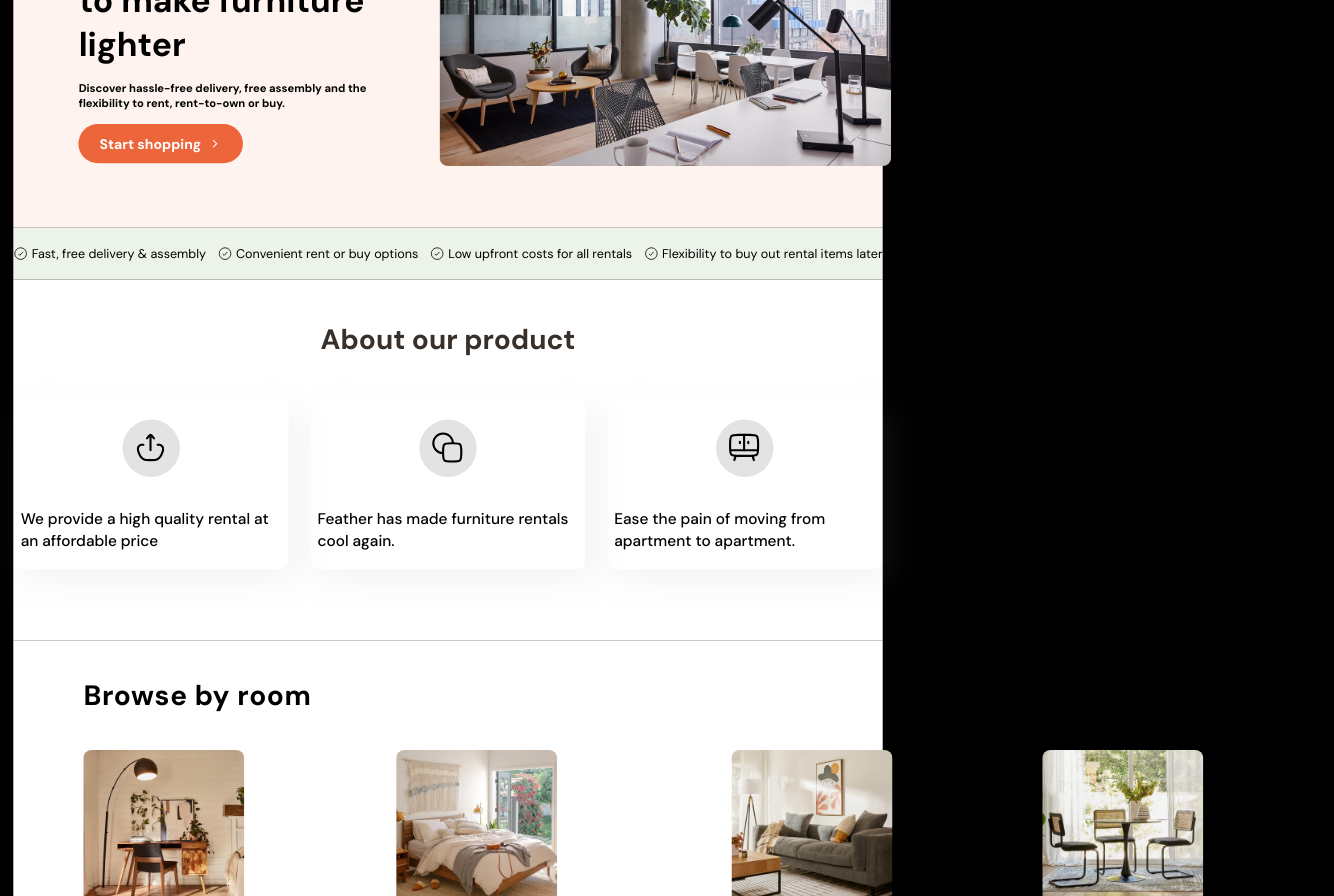
Repository: noman-source/Furniture-website
Page: index.html
These files come from the project's save history. The page is drawn as it stood at one moment and after the next save; the edit follows.
The browser window is 1280 px wide. The page is 1905 px wide, so the pictures cover 1905 px, including what lies to the right of the window. The pictures show the part of the page from y = 335 to 1615 px (the page is 4311 px tall), at 70% of full size.

Above is the page before, as saved 2025-07-04 12:59:23.

After the next save:
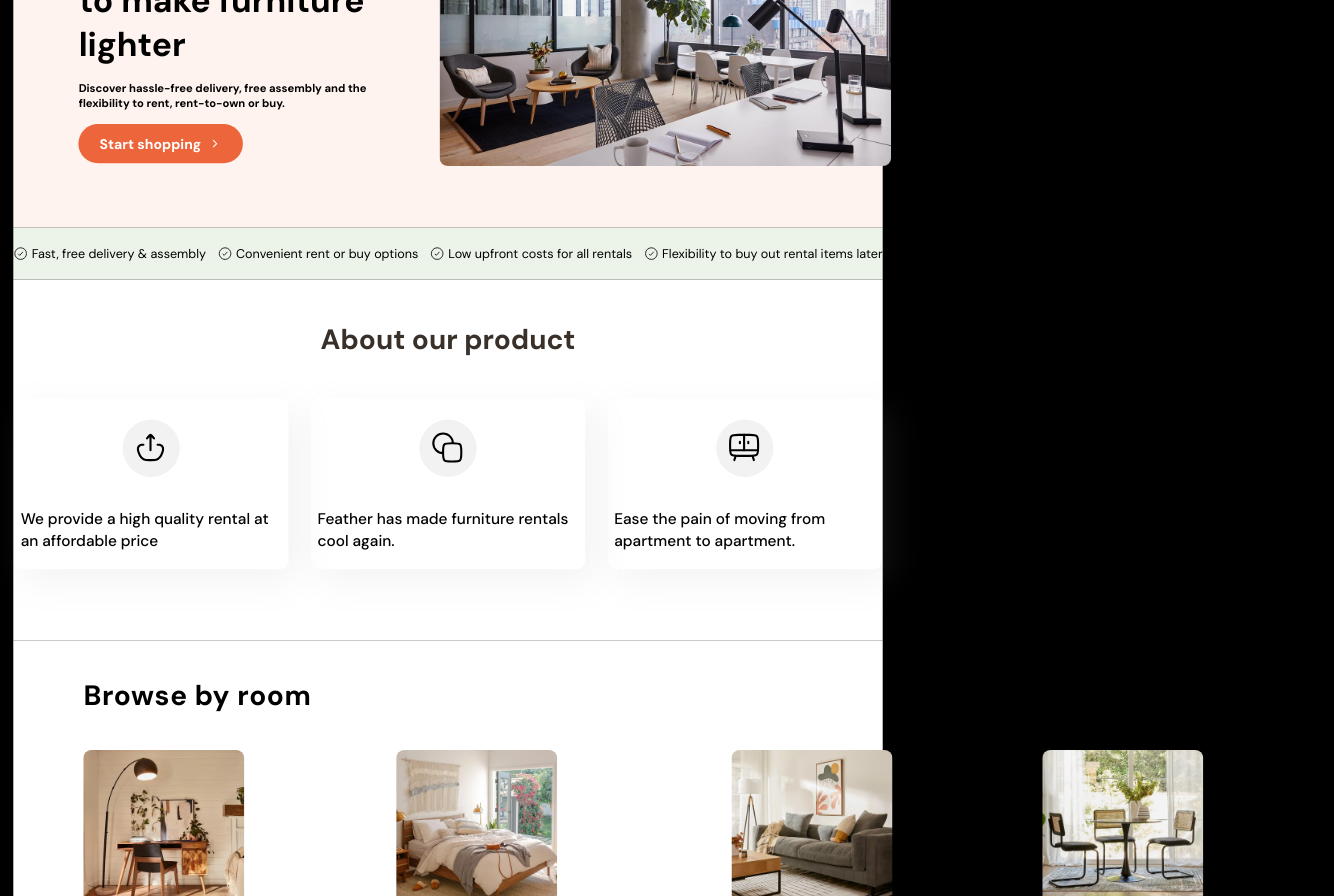
Saved 35 s later.
--- a/style.css
+++ b/style.css
@@ -212,7 +212,7 @@
     gap: 10px;
     border-radius: 99px; /* Corrected to 99px based on later image */
     padding: 16px; /* Corrected to 16px based on later image */
-    background-color: #E3E3E3; /* Corrected to #E3E3E3 based on later image */
+    background-color: #E3E3E373; /* Corrected to #E3E3E3 based on later image */
 }
 
 .section3-content .box p {
